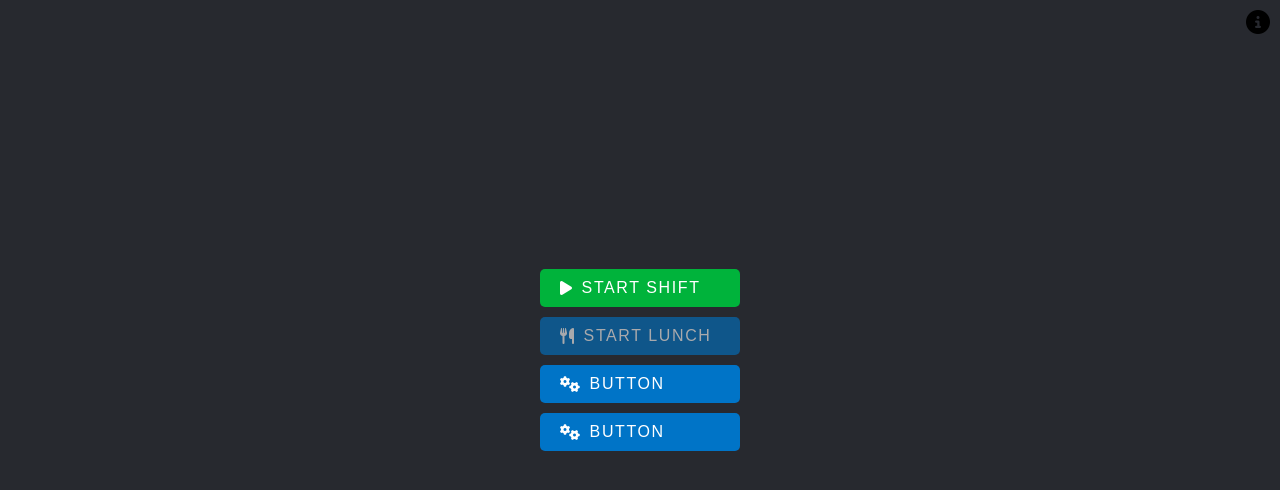
Repository: Philip-Rogers/button-state
Page: experiment.html
An editor plug-in stored every save of this project. The page is shown before and after a run of saves, followed by the edit.
The browser window is 1280 px wide. The pictures show the whole page.

Above is the page before, as saved 2024-08-14 18:13:31.

After the next 2 saves:
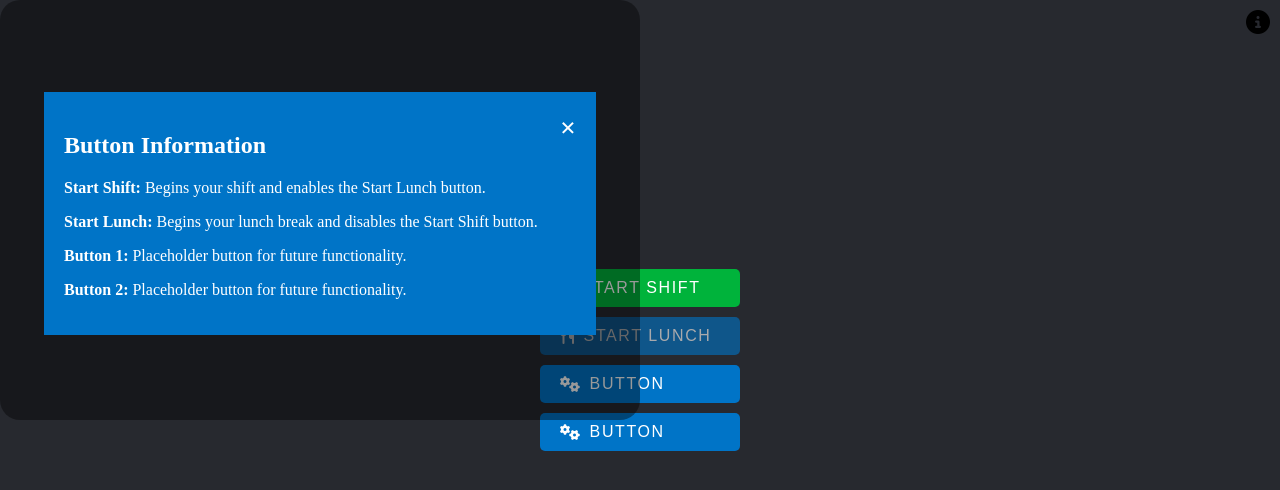
The 2 saves are shown as one change because they came seconds apart.
The last was saved 65 s later.
--- a/experiment.html
+++ b/experiment.html
@@ -26,6 +26,9 @@
             /* Black w/ opacity */
             padding-top: 60px;
             border-radius: 20px;
+            display: flex;
+            flex-direction: column;
+            align-items: flex-start;
         }
 
         .modal-content {

After the save that followed:
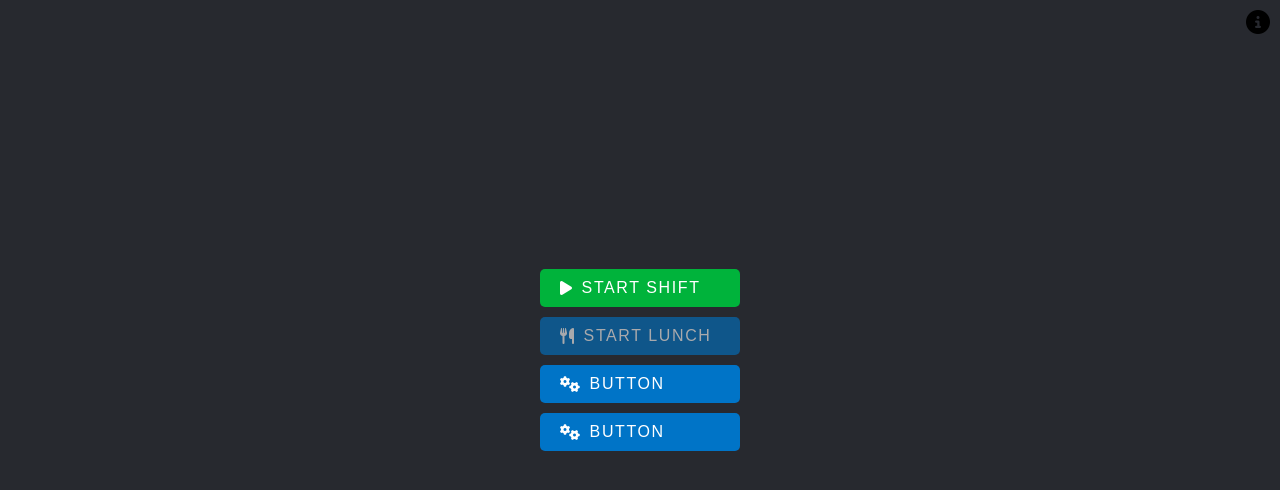
Saved 27 s later.
--- a/experiment.html
+++ b/experiment.html
@@ -26,9 +26,7 @@
             /* Black w/ opacity */
             padding-top: 60px;
             border-radius: 20px;
-            display: flex;
-            flex-direction: column;
-            align-items: flex-start;
+
         }
 
         .modal-content {
